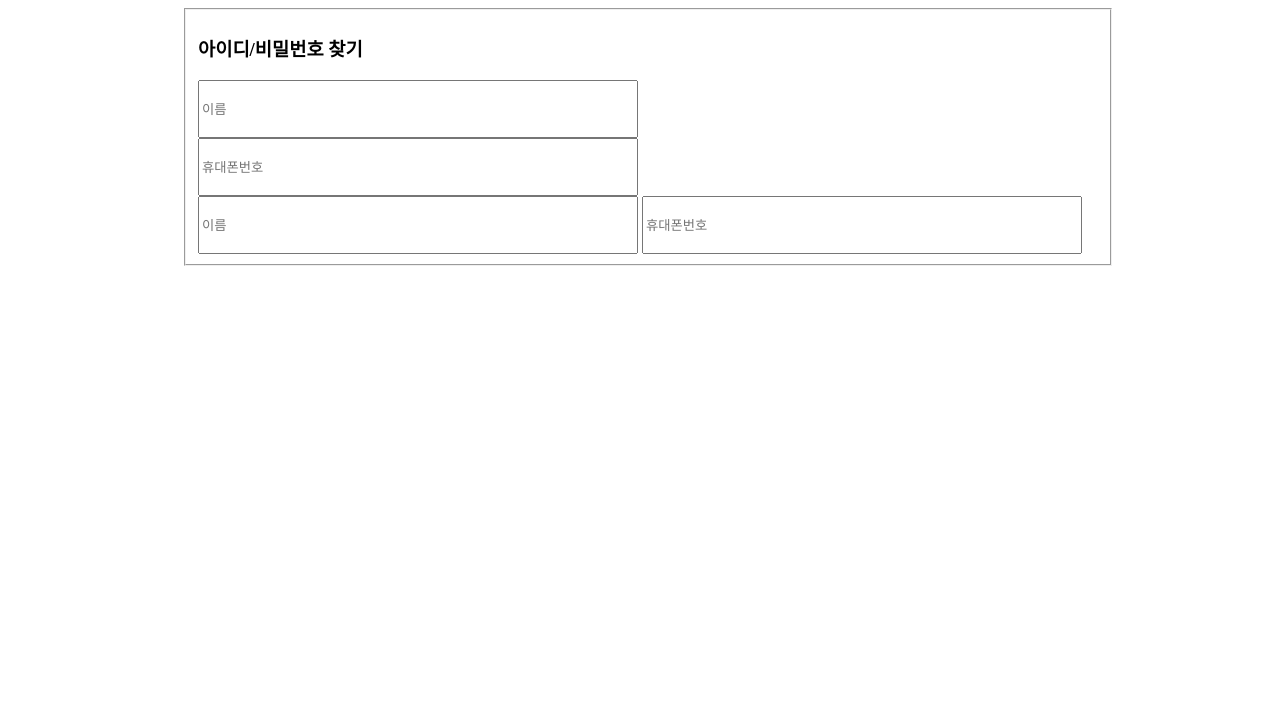
Repository: agheha/trillion
Page: YH/study_project/html/find.html
These files come from the project's save history. The page is drawn as it stood at one moment and after a run of saves; the edit follows.
The browser window is 1280 px wide. The page is 1288 px wide, so the pictures cover 1288 px, including what lies to the right of the window. The pictures show the whole page.

Above is the page before, as saved 2019-09-04 18:24:09.

After the next 5 saves:
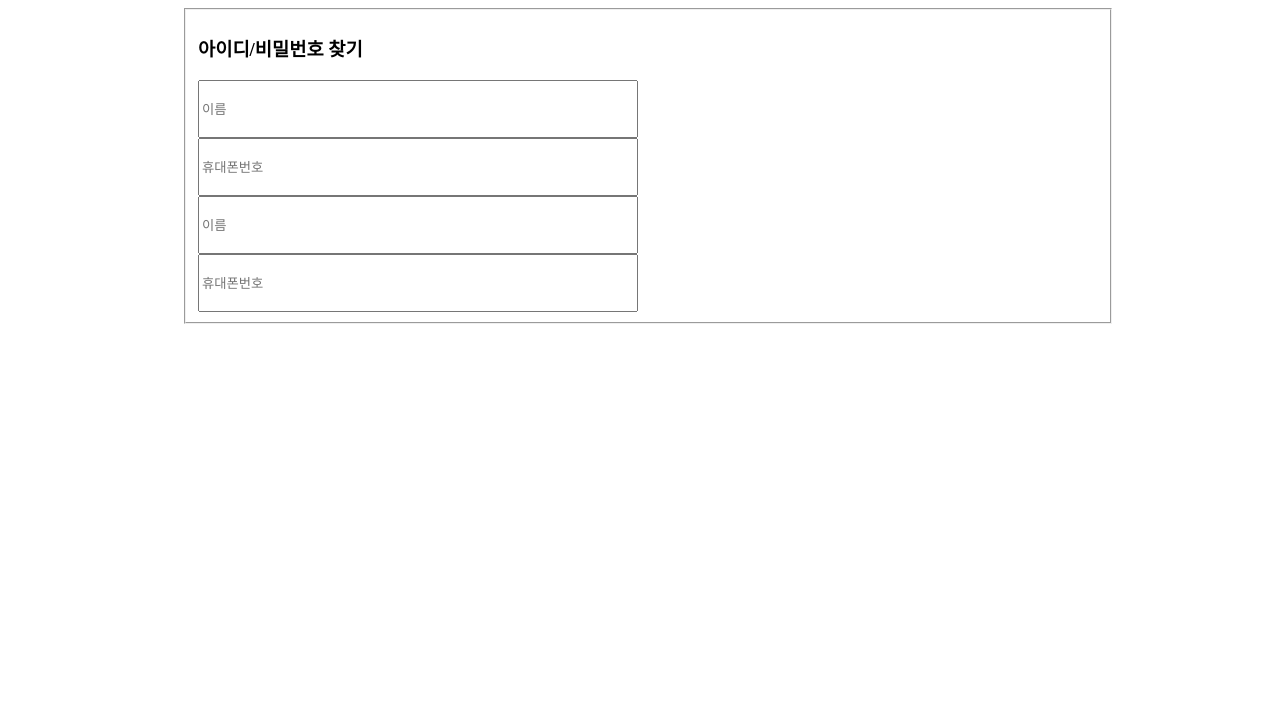
The 5 saves are shown as one change because they came seconds apart.
The last was saved 14 s later.
--- a/YH/study_project/html/find.html
+++ b/YH/study_project/html/find.html
@@ -21,7 +21,9 @@
                     </span>
                     <span>
                         <input class="form_find"type="text" id="name" placeholder="이름">
-                        <input class="form_find"type="text" id="pass" placeholder="휴대폰번호">
+                        <div>
+                            <input class="form_find"type="text" id="pass" placeholder="휴대폰번호">
+                        </div>
                     </span>
 
                     <span></span>
